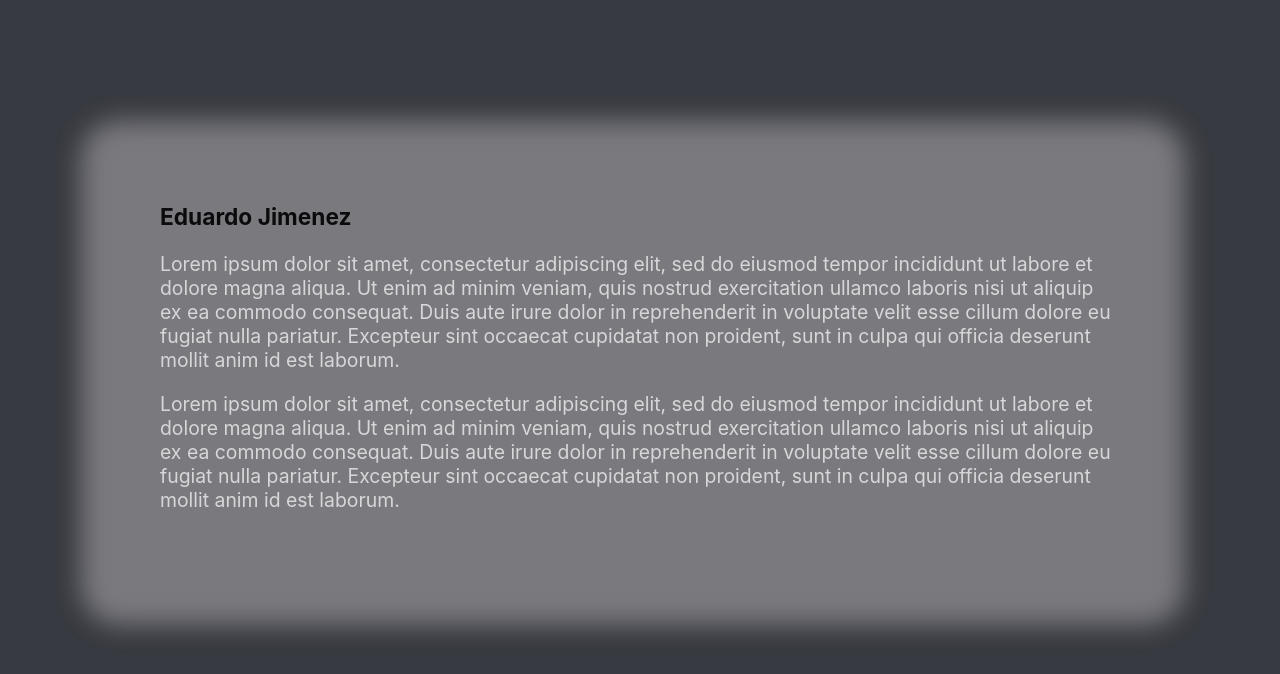
Repository: l8nightswithJS/react-my-portfolio
Page: /
These files come from the project's save history. The page is drawn as it stood at one moment and after the next save; the edit follows.
The browser window is 1280 px wide. The pictures show the whole page.
The project was rebuilt for these pictures with package versions that can differ from the ones it lists, and the page was loaded fresh each time.

Above is the page before, as saved 2021-04-29 12:45:32.

### src/App.js
import SplashPage from './pages/splashPage';

function App() {
  return (
    <SplashPage />
  );
}

export default App;

### src/pages/splashPage.js
import '../App.css';

function SplashPage() {
    return (
        <div className="App">
            <header className="App-header">
                <section>
                    <article>
                        <h1>Eduardo Jimenez</h1>

                        <p>Lorem ipsum dolor sit amet, consectetur adipiscing elit, sed do eiusmod tempor incididunt ut labore et dolore magna aliqua. Ut enim ad minim veniam, quis nostrud exercitation ullamco laboris nisi ut aliquip ex ea commodo consequat. Duis aute irure dolor in reprehenderit in voluptate velit esse cillum dolore eu fugiat nulla pariatur. Excepteur sint occaecat cupidatat non proident, sunt in culpa qui officia deserunt mollit anim id est laborum.</p>

                        <p>Lorem ipsum dolor sit amet, consectetur adipiscing elit, sed do eiusmod tempor incididunt ut labore et dolore magna aliqua. Ut enim ad minim veniam, quis nostrud exercitation ullamco laboris nisi ut aliquip ex ea commodo consequat. Duis aute irure dolor in reprehenderit in voluptate velit esse cillum dolore eu fugiat nulla pariatur. Excepteur sint occaecat cupidatat non proident, sunt in culpa qui officia deserunt mollit anim id est laborum.</p>

                    </article>
                </section>
            </header>
        </div>
    );
}

export default SplashPage;

### src/App.css
.App {
  height: 100vh;
  width: 100%;
  background-color: rgb(56, 58, 65);
}

section {
  position: fixed;
  top: 0;
  bottom: 0;
  left: 0;
  right: 0;
  background-color: rgb(139, 138, 142);
  height: 50vh;
  width: 75vw;
  margin: auto;
  font-size: calc(5px + 2vmin);
  color: white;
  box-shadow: -1vh 1vw 2vw 10vh rgb(139, 138, 142);
  opacity: .8;
  border-radius: 1.5vh;
}

section article h1 {
  color: black;
}

Loaded but not shown: public/index.html (common file); src/index.js (common file); src/index.css (common file); src/reportWebVitals.js (common file)

After the next save:
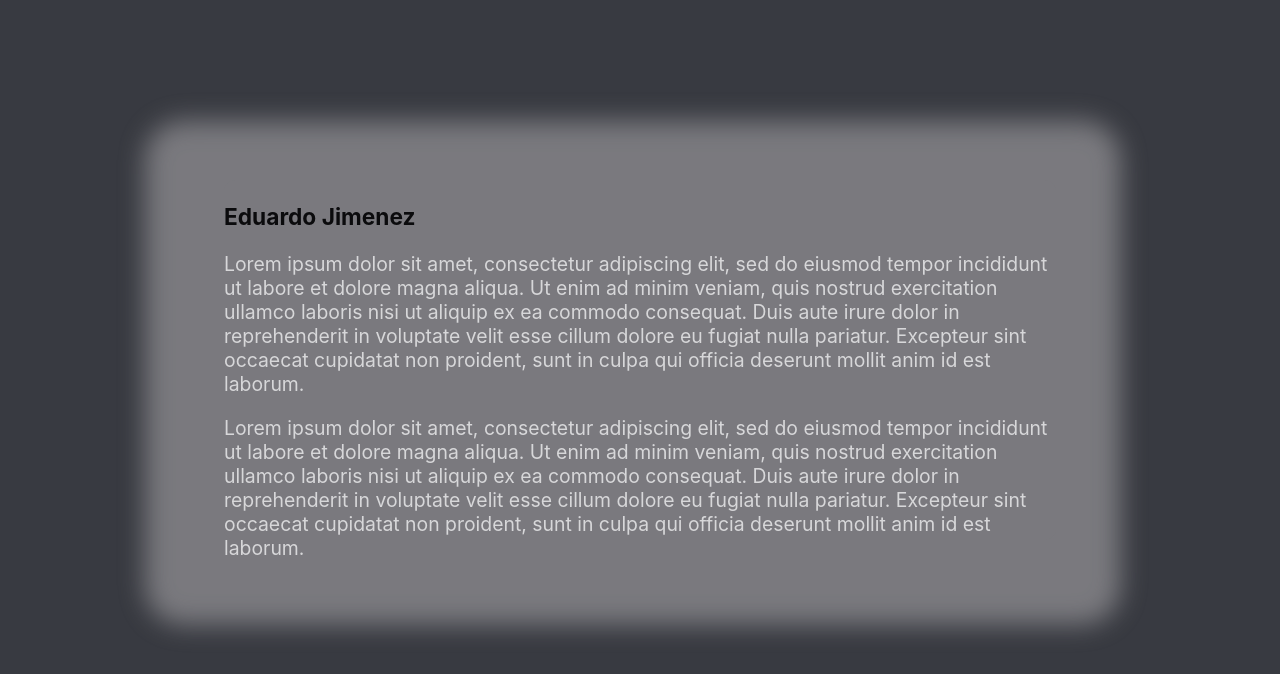
Saved 4 s later.
--- a/src/App.css
+++ b/src/App.css
@@ -12,7 +12,7 @@ section {
   right: 0;
   background-color: rgb(139, 138, 142);
   height: 50vh;
-  width: 75vw;
+  width: 65vw;
   margin: auto;
   font-size: calc(5px + 2vmin);
   color: white;
